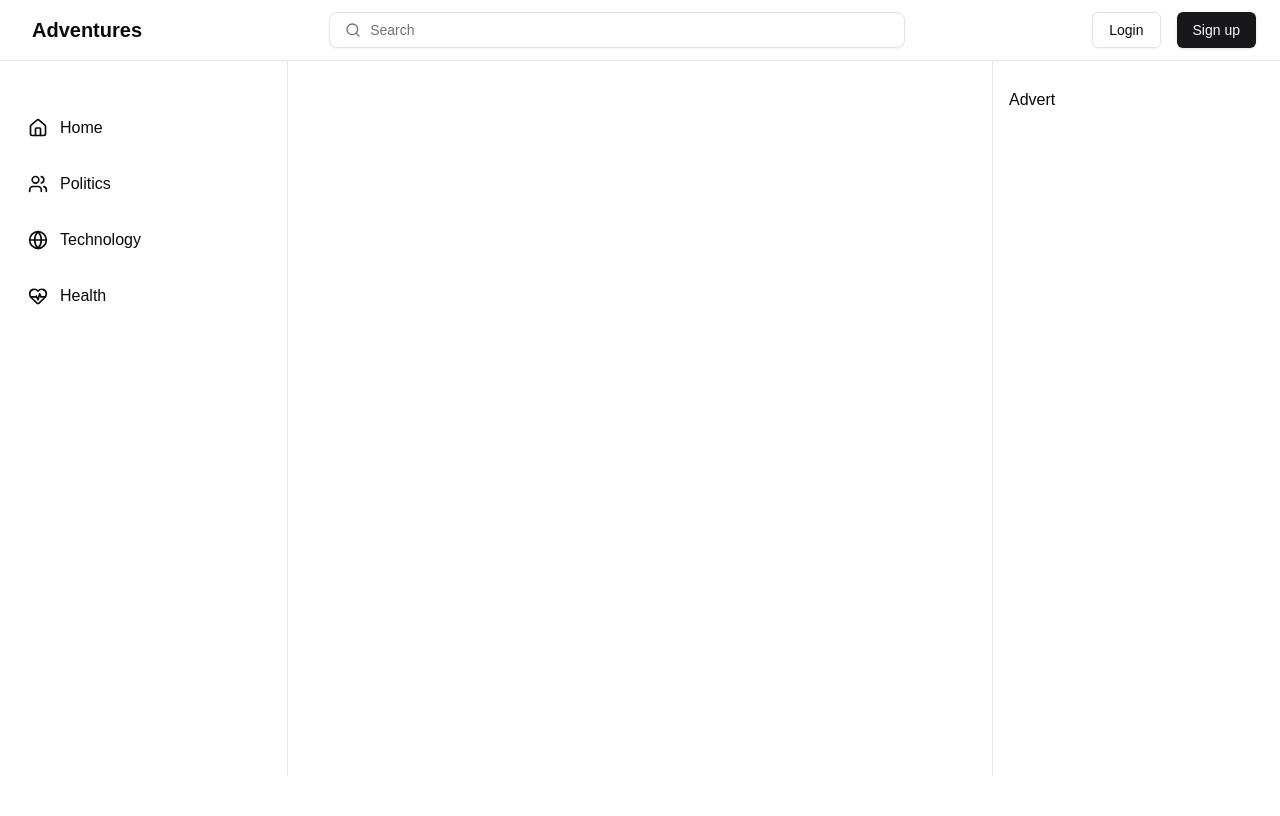
Repository: IssaMuiz/afrixpace-frontend
Page: /
These files come from the project's save history. The page is drawn as it stood at one moment and after the next save; the edit follows.
The browser window is 1280 px wide. The pictures show the whole page.
The page's requests for data from a server got no answer. The project was rebuilt for these pictures with package versions that can differ from the ones it lists, and the page was loaded fresh each time. The framework's server and built-in components were replaced by stand-ins that run in the browser. No one was signed in, and anything a server would have sent is missing. Also part of the build but not shown: next.config.ts, components/ui/card.tsx, components/Vote.tsx, components/PostCard.tsx.

Above is the page before, as saved 2025-02-05 04:15:19.

After the next save:
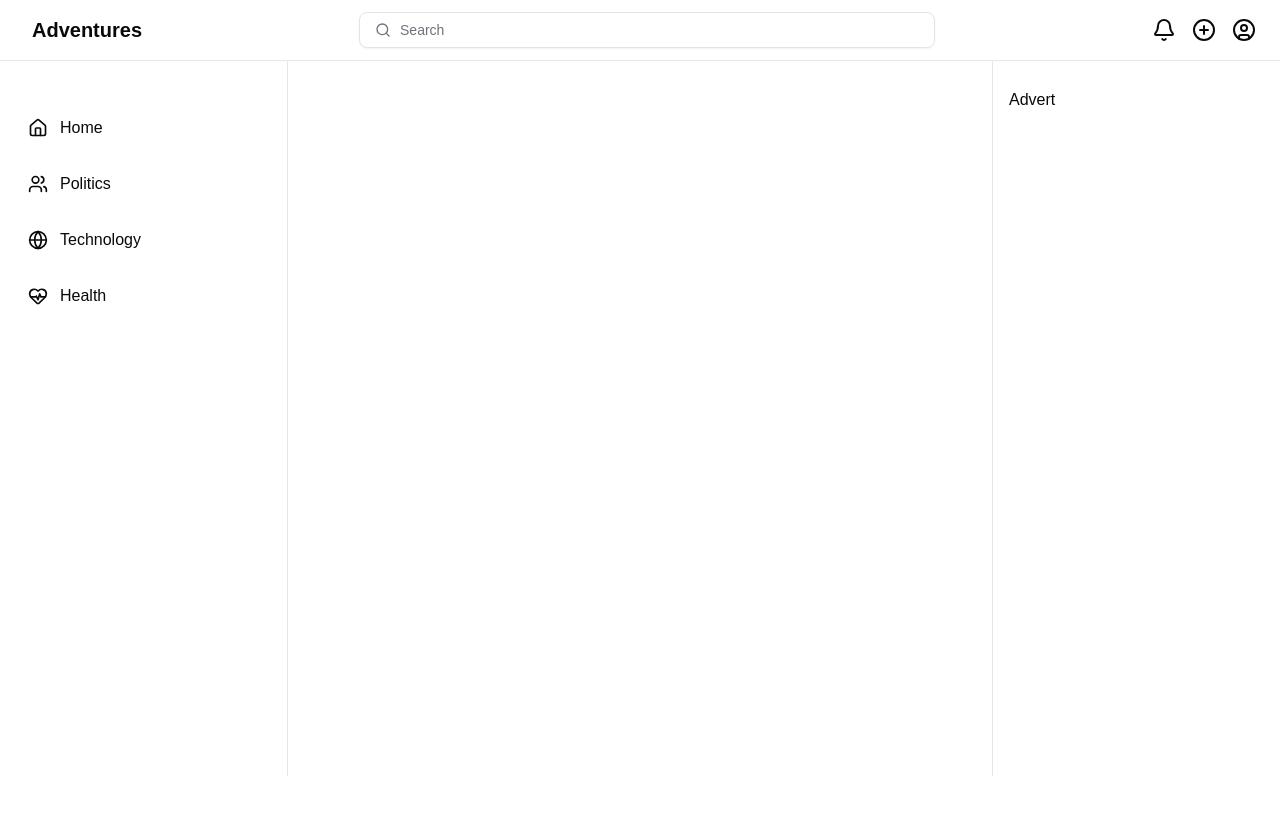
Saved 8 min 40 s later.
--- a/components/Navbar.tsx
+++ b/components/Navbar.tsx
@@ -1,8 +1,11 @@
 "use client";
-import { Button } from "./ui/button";
-import { Input } from "./ui/input";
+/* import { Button } from "./ui/button";
+ */ import { Input } from "./ui/input";
 import { Search } from "lucide-react";
 import { Menu } from "lucide-react";
+import { Bell } from "lucide-react";
+import { UserCircle } from "lucide-react";
+import { PlusCircle } from "lucide-react";
 
 const Navbar = () => {
   return (
@@ -21,11 +24,15 @@ const Navbar = () => {
         />
       </div>
 
-      <div className=" flex gap-4">
-        <Button variant="outline" className="hover:bg-gray-100">
+      <div className=" flex space-x-4">
+        <Bell />
+        <PlusCircle />
+        <UserCircle />
+
+        {/* <Button variant="outline" className="hover:bg-gray-100">
           Login
         </Button>
-        <Button className="hover:bg-white hover:text-black ">Sign up</Button>
+        <Button className="hover:bg-white hover:text-black ">Sign up</Button> */}
       </div>
     </nav>
   );
